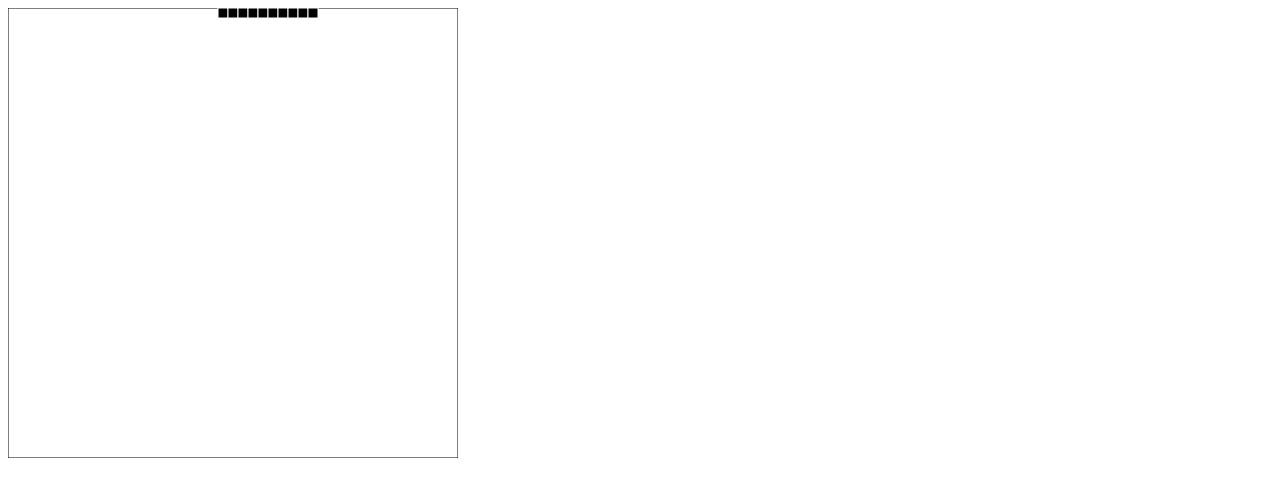
Repository: MasDhuha/games_classicSnake
Page: index.html
The author's editor kept a record of every edit. The page is drawn from the files as they stood at one moment, then again after the next edit.
The browser window is 1280 px wide. The pictures show the whole page.
Some web libraries are served in a nearby version.

Above is the page before.

### index.html
<!DOCTYPE html>
<html>

<head>
    <title>Classic Snake Game</title>
    <script src="http://ajax.googleapis.com/ajax/libs/jquery/1.7.1/jquery.min.js" type="text/javascript"></script>
    <script type="text/javascript">
        var z = undefined;
        var env = undefined;
        var ctx = undefined;
        $(document).ready(function() {
            var canvas = $('#canvas')[0];
            var context = canvas.getContext("2d");

            var environment = function(canvas, context) {
                this.canvas = canvas;
                this.ctx = context;
                this.w = $('#canvas').width();
                this.h = $('#canvas').height();

                this.init = function() {
                    this.ctx.fillStyle = "white";
                    this.ctx.fillRect(0, 0, this.w, this.h);
                    this.ctx.strokeStyle = "black";
                    this.ctx.strokeRect(0, 0, this.w, this.h);
                }

                this.clear = function() {
                    this.ctx.clearRect(0, 0, canvas.width, canvas.height);
                    this.ctx.fillStyle = "white";
                    this.ctx.fillRect(0, 0, this.w, this.h);
                    this.ctx.strokeStyle = "black";
                    this.ctx.strokeRect(0, 0, this.w, this.h);
                }
            }

            var snake = function(environment) {
                var that = this;

                this.env = environment;
                this.defaultSize = 10;
                this.initialSize = 10;
                this.body_array = [];
                this.locked = false;
                this.direction = 'r';
                this.intervalEngine = undefined;

                this.start = function() {
                    that.body_array = [];
                    that.direction = 'r';
                    that.locked = false;

                    if (that.intervalEngine != undefined) {
                        clearInterval(that.intervalEngine);
                    }

                    for (var i = 0; i < this.initialSize; i++) {
                        this.body_array.push({
                            x: i * this.defaultSize,
                            y: 0 * this.defaultSize,
                        });
                    }

                    that.intervalEngine = setInterval(function() {
                        that.draw();
                        that.move();
                        that.checkColision();
                    }, 30);

                    document.onkeydown = this.checkDirections;
                }

                this.draw = function() {
                    var that = this;

                    that.env.clear();

                    this.body_array.forEach(function(item) {
                        ctx.fillStyle = 'black';
                        ctx.fillRect(item.x, item.y, that.defaultSize, that.defaultSize);
                        ctx.strokeStyle = 'white';
                        ctx.strokeRect(item.x, item.y, that.defaultSize, that.defaultSize);
                    });
                }

                this.move = function() {
                    var that = this;

                    var lastItem = that.body_array[that.body_array.length - 1];

                    this.body_array.splice(0, 1);

                    if (that.direction == 'd') {
                        this.body_array.push({
                            x: lastItem.x,
                            y: lastItem.y + 10
                        });
                    }

                    if (that.direction == 'l') {
                        this.body_array.push({
                            x: lastItem.x - 10,
                            y: lastItem.y
                        });
                    }

                    if (that.direction == 'r') {
                        this.body_array.push({
                            x: lastItem.x + 10,
                            y: lastItem.y
                        });
                    }

                    if (that.direction == 'u') {
                        this.body_array.push({
                            x: lastItem.x,
                            y: lastItem.y - 10
                        });
                    }

                    that.locked = false;
                }

                this.checkDirections = function(e) {
                    if (!that.locked) {
                        if (e.key == 'ArrowLeft' && that.direction != 'r') {
                            z.direction = 'l'; //left
                        }
                        if (e.key == 'ArrowUp' && that.direction != 'd') {
                            z.direction = 'u'; //up
                        }
                        if (e.key == 'ArrowRight' && that.direction != 'l') {
                            z.direction = 'r'; //right
                        }
                        if (e.key == 'ArrowDown' && that.direction != 'u') {
                            z.direction = 'd'; //down
                        }
                    }

                    that.locked = true;
                }

                this.checkColision = function() {
                    var item = that.body_array[that.body_array.length - 1];
                    var hasCollided = false;
                    for (var i = 0; i < that.body_array.length - 2; i++) {
                        if (that.body_array[i].x == item.x && that.body_array[i].y == item.y) {
                            hasCollided = true;
                        }
                    }

                    if (hasCollided) {
                        that.start();
                        return;
                    }

                    if (item.x < 0 || item.x > 440 || item.y < 0 || item.y > 440) {
                        that.start();
                    }

                }
            }

            ctx = context;
            env = new environment(canvas, ctx);
            env.init();

            z = new snake(env);
            z.start();

        });
    </script>
</head>

<body>
    <canvas id="canvas" width="450" height="450"></canvas>
</body>

</html>

After the next edit:
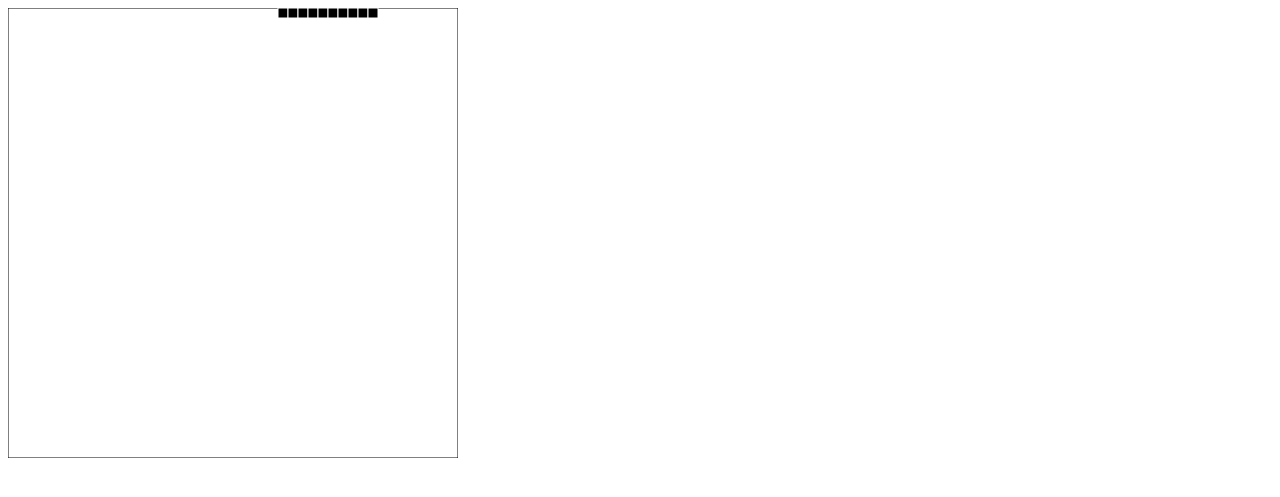
The edit:
--- a/index.html
+++ b/index.html
@@ -65,7 +65,7 @@
                         that.draw();
                         that.move();
                         that.checkColision();
-                    }, 30);
+                    }, 50);
 
                     document.onkeydown = this.checkDirections;
                 }
